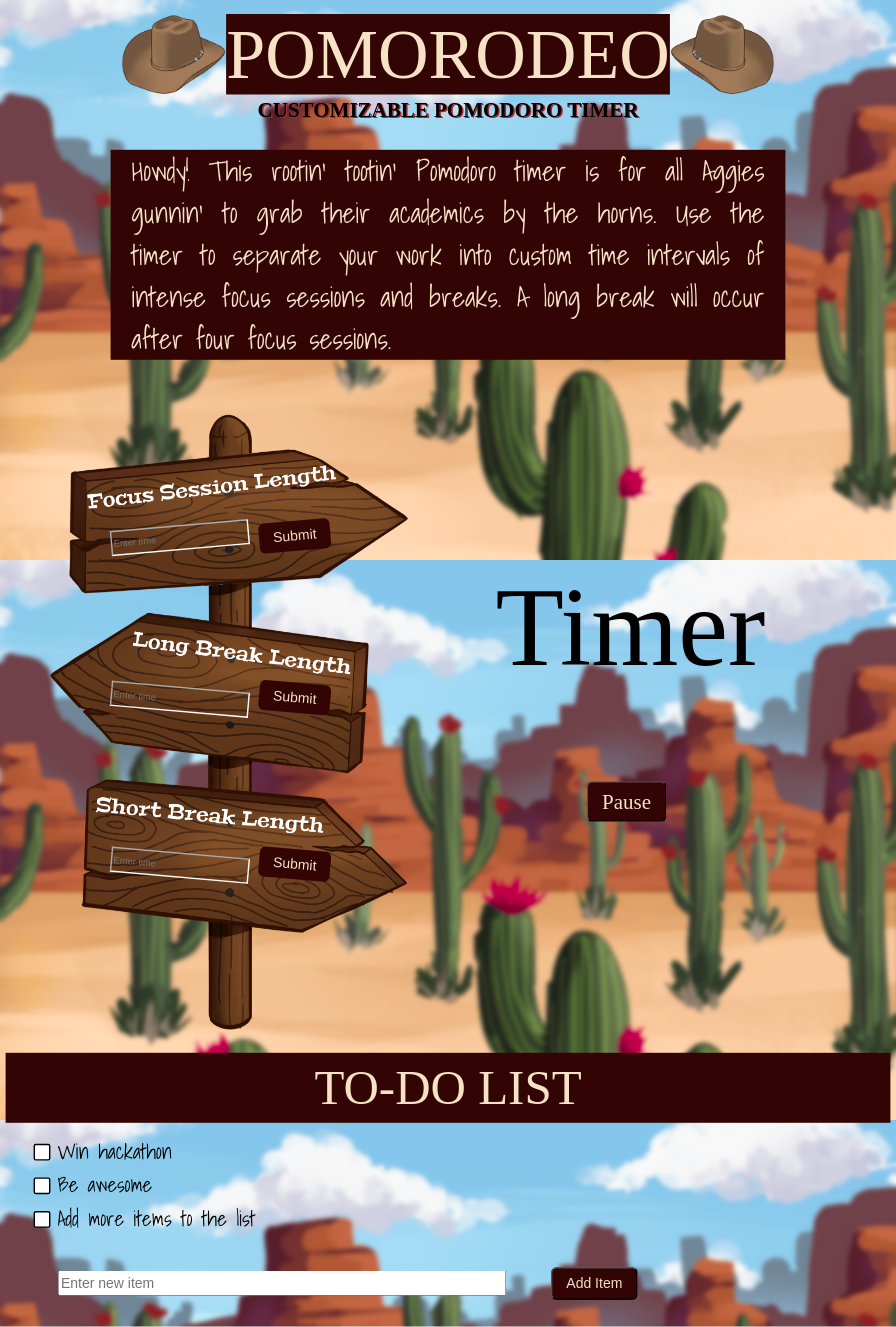
Repository: riya10483/pomodoro
Page: pomorodeo.html
The author's editor kept a copy of each file at every save. The page is drawn from the files as they stood at one save, then again after the next save.
The browser window is 1280 px wide. The pictures show the whole page, at 70% of full size.
Backgrounds fixed to the window are drawn as part of the page. Some web fonts or font styles are not loaded; a fallback is used.

Above is the page before, as saved 2024-09-29 05:02:48.
Console error: SyntaxError: Identifier 'focusLength' has already been declared

After the next save:
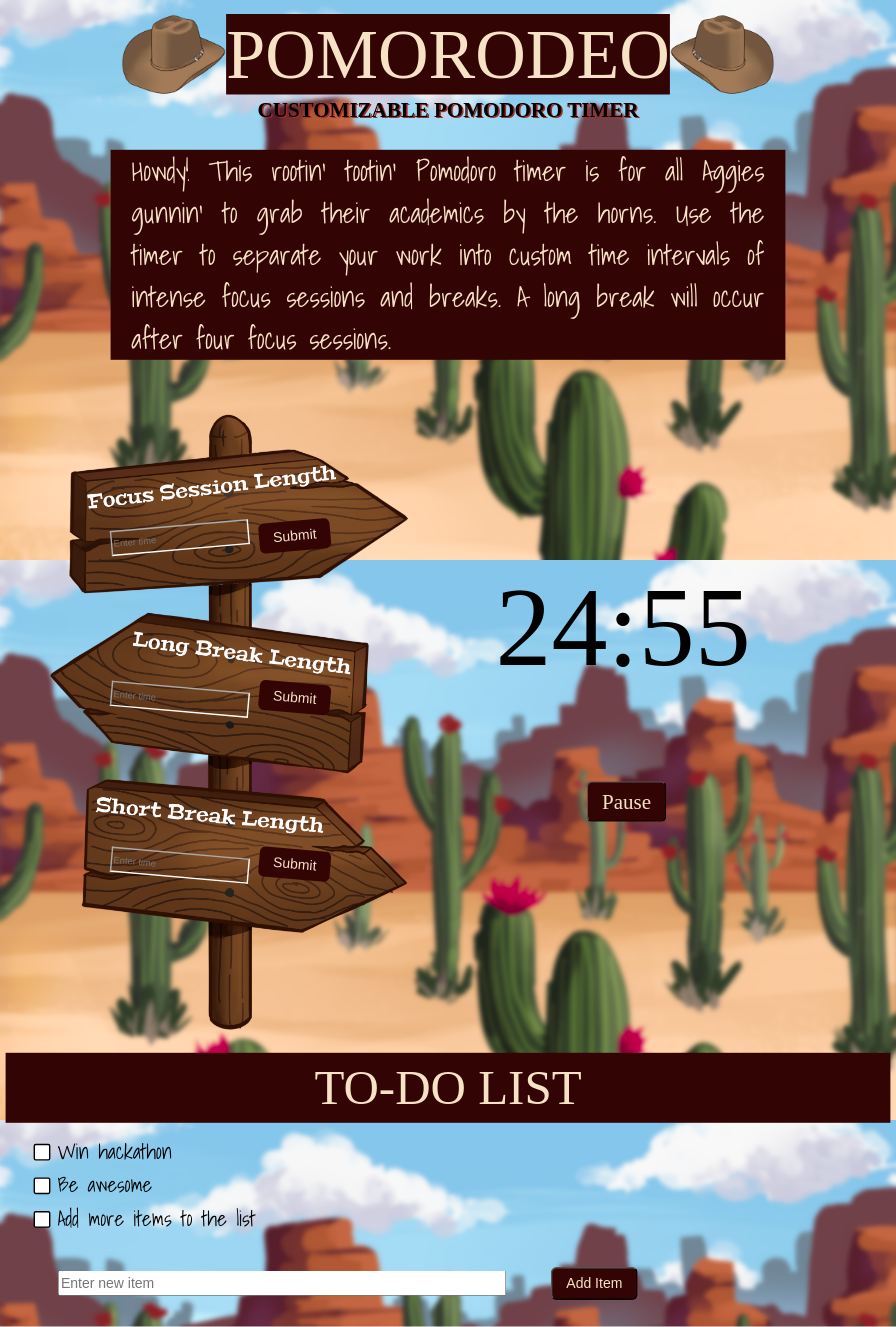
Console error: SyntaxError: Identifier 'startTiming' has already been declared
Saved 7 s later.
--- a/functions.js
+++ b/functions.js
@@ -86,6 +86,6 @@ function startTimer() {
 function chooseTime() {
     const focusLength = document.getElementById('time1').value;
     const longBreak = document.getElementById('time2').value;
-    const focusLength = document.getElementById('time1').value;
+    const shortBreak = document.getElementById('time1').value;
 
 }
